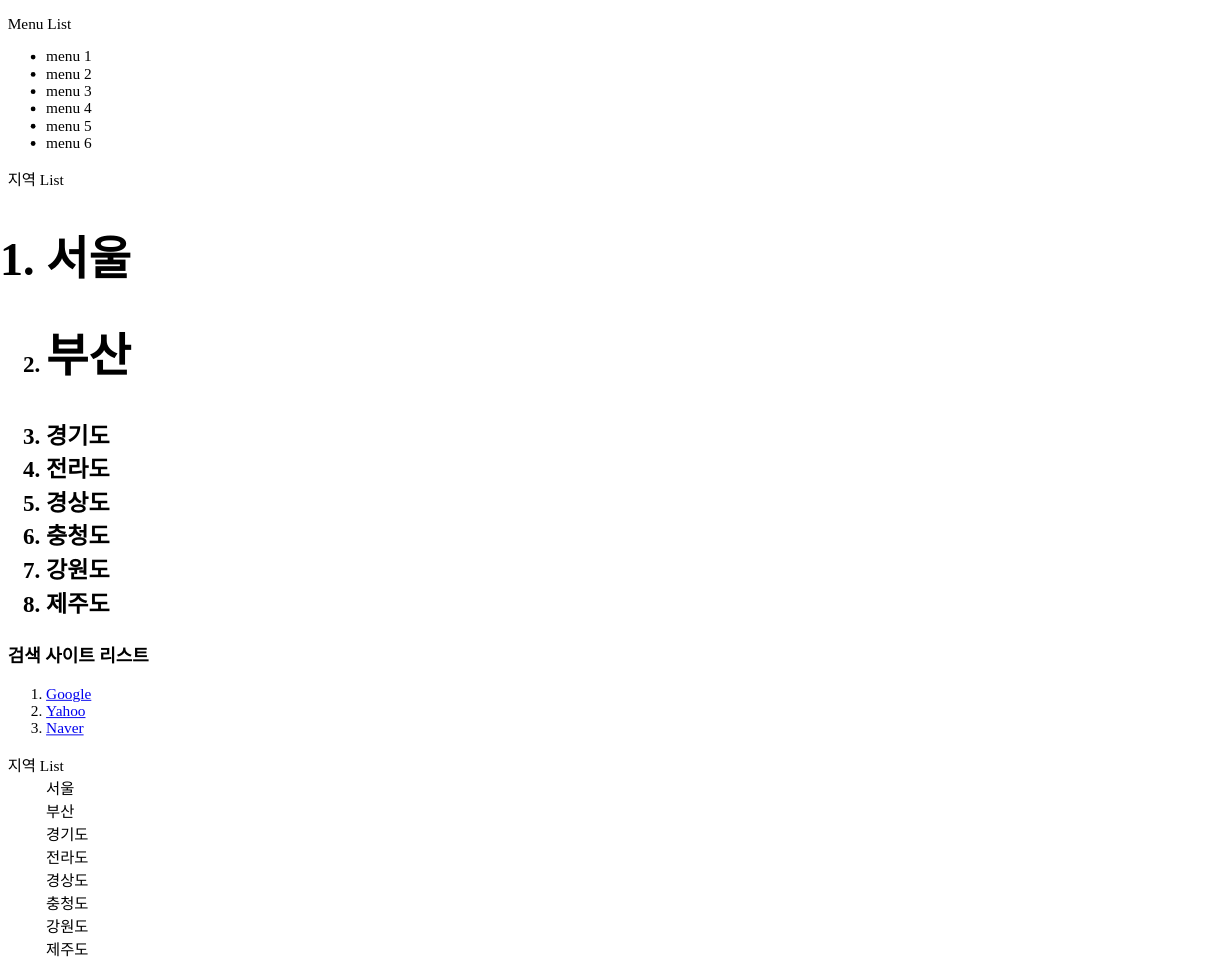
Repository: usonihs/StudyX
Page: JSP/HTML/src/main/webapp/Lec03.html
The author's editor kept a copy of each file at every save. The page is drawn from the files as they stood at one save, then again after a run of saves.
The browser window is 1280 px wide. The pictures show the whole page, at 96% of full size.

Above is the page before, as saved 2022-10-19 03:42:44.

### JSP/HTML/src/main/webapp/Lec03.html
<!DOCTYPE html>
<html>
<head>
<meta charset="UTF-8">
<title>List Tag</title>
</head>
<body>
	<p>Menu List</p>
	<ul>
		<li>menu 1</li>
		<li>menu 2</li>
		<li>menu 3</li>
		<li>menu 4</li>
		<li>menu 5</li>
		<li>menu 6</li>
	</ul>

	<p>지역 List</p>
	<h2>
		<ol>
			<h1>
				<li>서울</li>
			</h1>
			<li><h1>부산</h1></li>
			<li>경기도</li>
			<li>전라도</li>
			<li>경상도</li>
			<li>충청도</li>
			<li>강원도</li>
			<li>제주도</li>
		</ol>
	</h2>

	<h3>검색 사이트 리스트</h3>
	<ol>
		<li><a href="http://www.google.com">Google</a></li>
		<li><a href="http://www.yahoo.com">Yahoo</a></li>
		<li><a href="http://www.naver.com">Naver</a></li>
	</ol>

	<dl>
		<dt>지역 List</dt>
		<dd>서울</dd>
		<dd>부산</dd>
		<dd>경기도</dd>
		<dd>전라도</dd>
		<dd>경상도</dd>
		<dd>충청도</dd>
		<dd>강원도</dd>
		<dd>제주도</dd>
	</dl>

</body>
</html>

After the next 2 saves:
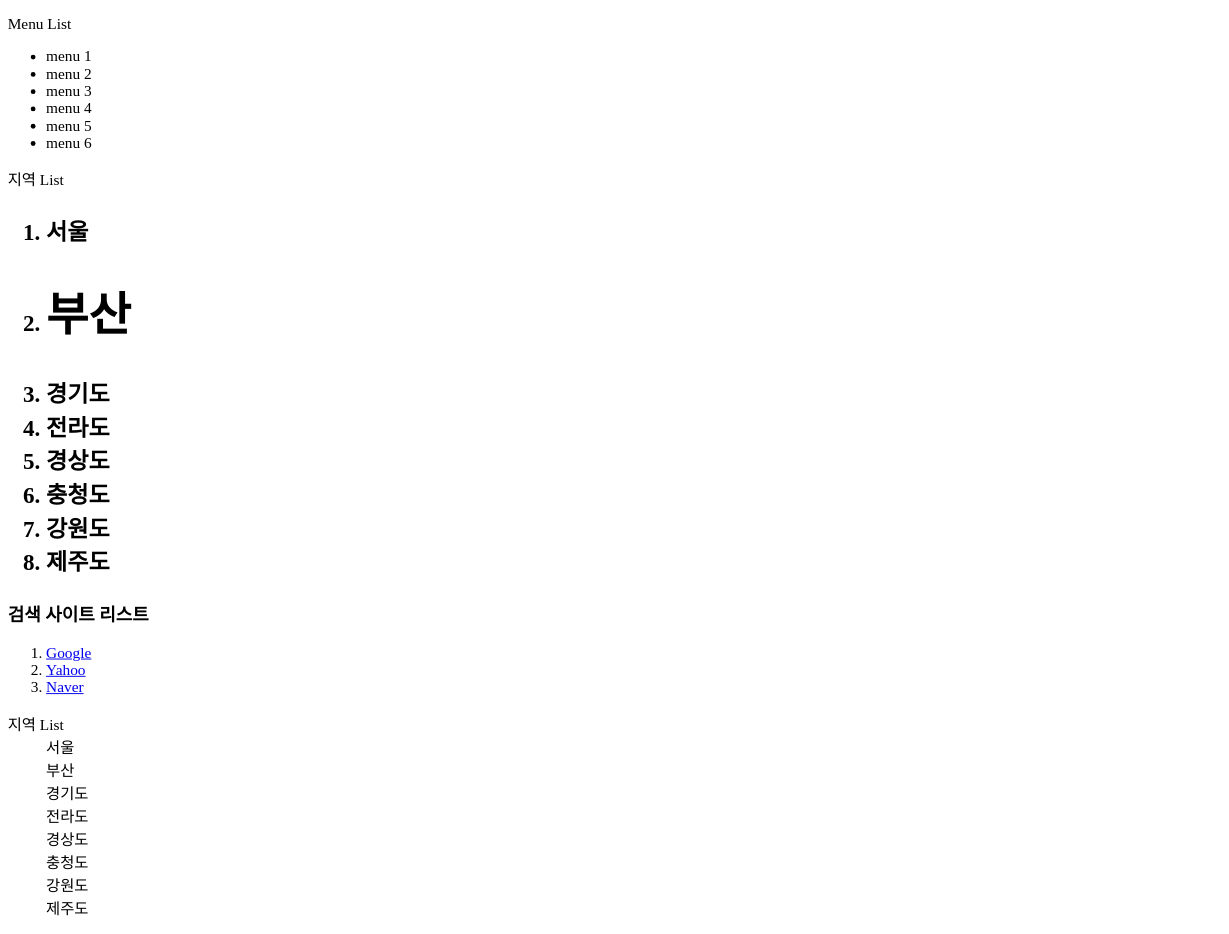
The 2 saves are shown as one change because they came seconds apart.
The last was saved 15 s later.
--- a/JSP/HTML/src/main/webapp/Lec03.html
+++ b/JSP/HTML/src/main/webapp/Lec03.html
@@ -18,9 +18,7 @@
 	<p>지역 List</p>
 	<h2>
 		<ol>
-			<h1>
-				<li>서울</li>
-			</h1>
+			<li>서울</li>
 			<li><h1>부산</h1></li>
 			<li>경기도</li>
 			<li>전라도</li>
